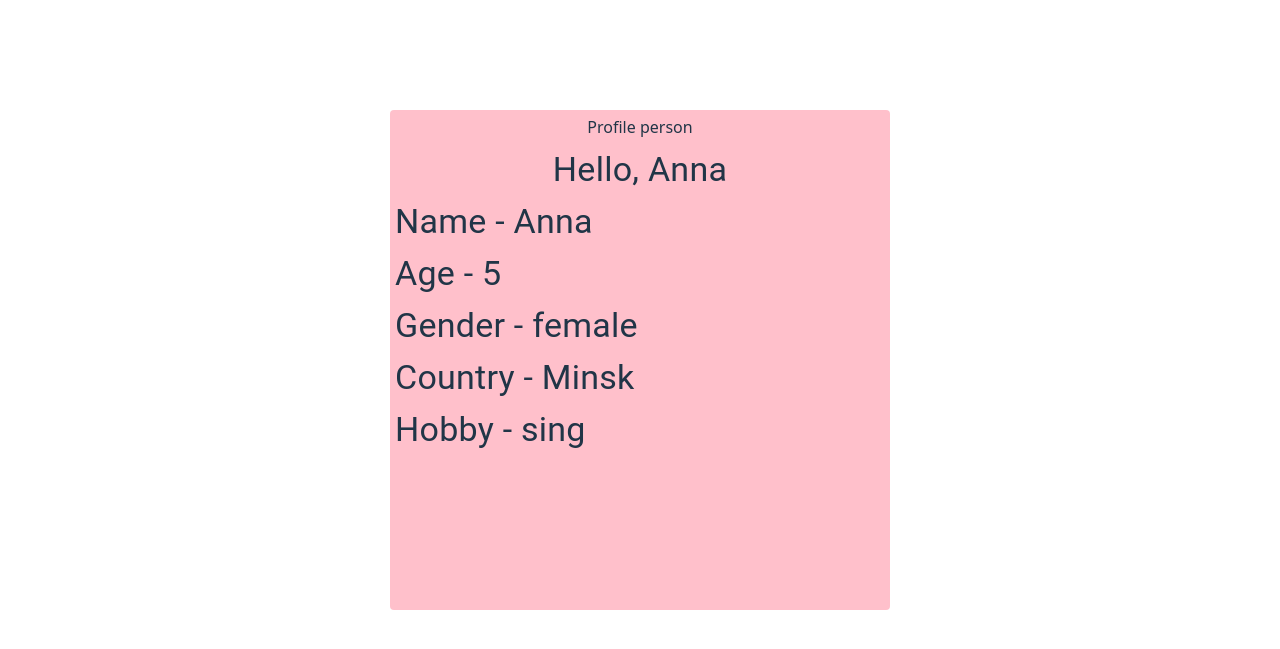
Repository: savannaaaas/props
Page: /
The author's editor kept a copy of each file at every save. The page is drawn from the files as they stood at one save, then again after the next save.
The browser window is 1280 px wide. The pictures show the whole page.
The project was rebuilt for these pictures with package versions that can differ from the ones it lists, and the page was loaded fresh each time. Also part of the build but not shown: vite.config.js.

Above is the page before, as saved 2025-07-08 00:02:02.

### src/App.jsx
import "./App.css";
import Box from "@mui/material/Box";
import Typography from "@mui/material/Box";
import { Person1 } from "./components/Person1";
/**1. Создать 6 любых компонент.
2. В компоненты передать props следующих типов данных:
number
string
boolean
object
function
array
3. Использовать в компонентах каждый prop.
4. Сделать деструктуризацию props. */
function App() {
  const obj = { country: "Minsk" };
  const sayHello = (name) => ` Hello, ${name}`;
  const hobbies = ["swim", "sing", "play vollleyball", "play basketball"];
  return (
    <Box
      sx={{
        width: 500,
        height: 500,
        borderRadius: 1,
        bgcolor: "pink",
      }}
    >
      <Typography variant="h1" align="center" style={{ padding: "5px" }}>
        Profile person
      </Typography>
      <Person1
        name={"Anna"}
        age={5}
        men={false}
        obj={obj}
        sayHello={sayHello}
        hobbies={hobbies}
      />
    </Box>
  );
}

export default App;

### src/components/Person1.jsx
import Typography from "@mui/material/Typography";
export const Person1 = ({ name, age, men, obj, sayHello, hobbies }) => {
  return (
    <>
      <Typography variant="h4" align="center" style={{ padding: "5px" }}>
        {sayHello(name)}
      </Typography>
      <Typography variant="h4" align="left" style={{ padding: "5px" }}>
        Name - {name}
      </Typography>
      <Typography variant="h4" align="left" style={{ padding: "5px" }}>
        Age - {age}
      </Typography>
      <Typography variant="h4" align="left" style={{ padding: "5px" }}>
        Gender - {men ? "men" : "female"}
      </Typography>
      <Typography variant="h4" align="left" style={{ padding: "5px" }}>
        Country - {obj.country}
      </Typography>
      <Typography variant="h4" align="left" style={{ padding: "5px" }}>
        Hobby - {hobbies[1]}
      </Typography>
    </>
  );
};

Loaded but not shown: index.html (common file); src/main.jsx (common file); src/index.css (common file); src/App.css (common file)

After the next save:
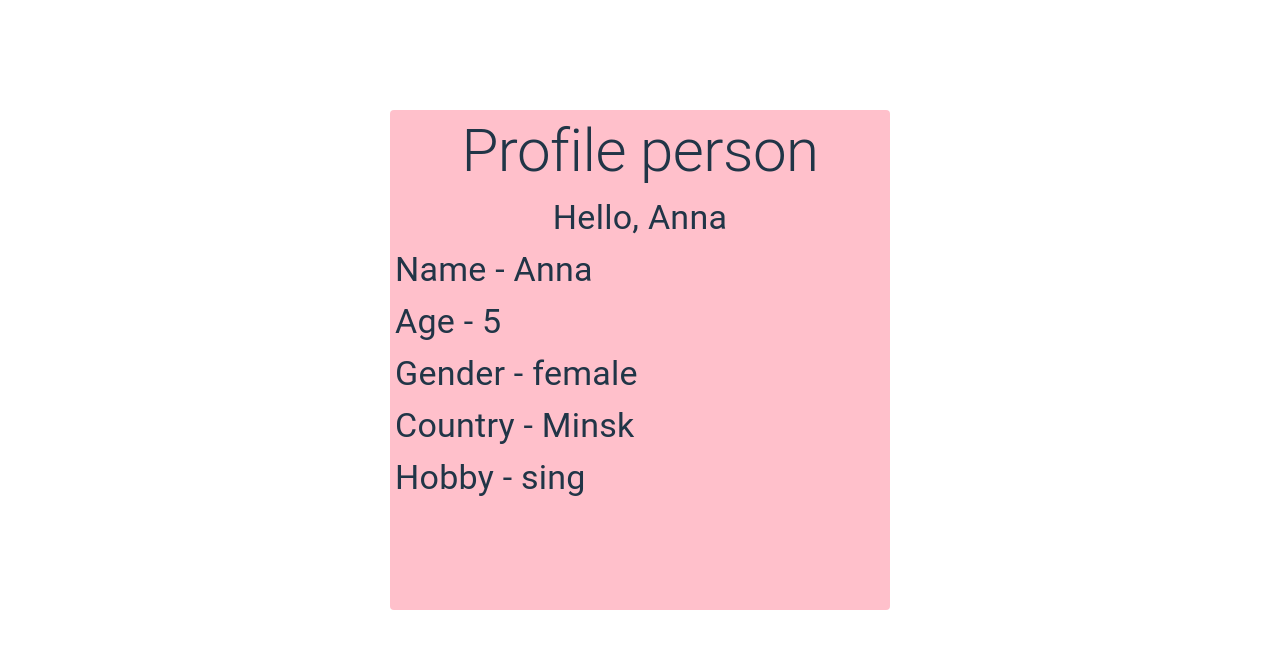
Saved 22 s later.
--- a/src/App.jsx
+++ b/src/App.jsx
@@ -1,6 +1,6 @@
 import "./App.css";
 import Box from "@mui/material/Box";
-import Typography from "@mui/material/Box";
+import Typography from "@mui/material/Typography";
 import { Person1 } from "./components/Person1";
 /**1. Создать 6 любых компонент.
 2. В компоненты передать props следующих типов данных:
@@ -25,7 +25,7 @@ function App() {
         bgcolor: "pink",
       }}
     >
-      <Typography variant="h1" align="center" style={{ padding: "5px" }}>
+      <Typography variant="h2" align="center" style={{ padding: "5px" }}>
         Profile person
       </Typography>
       <Person1
